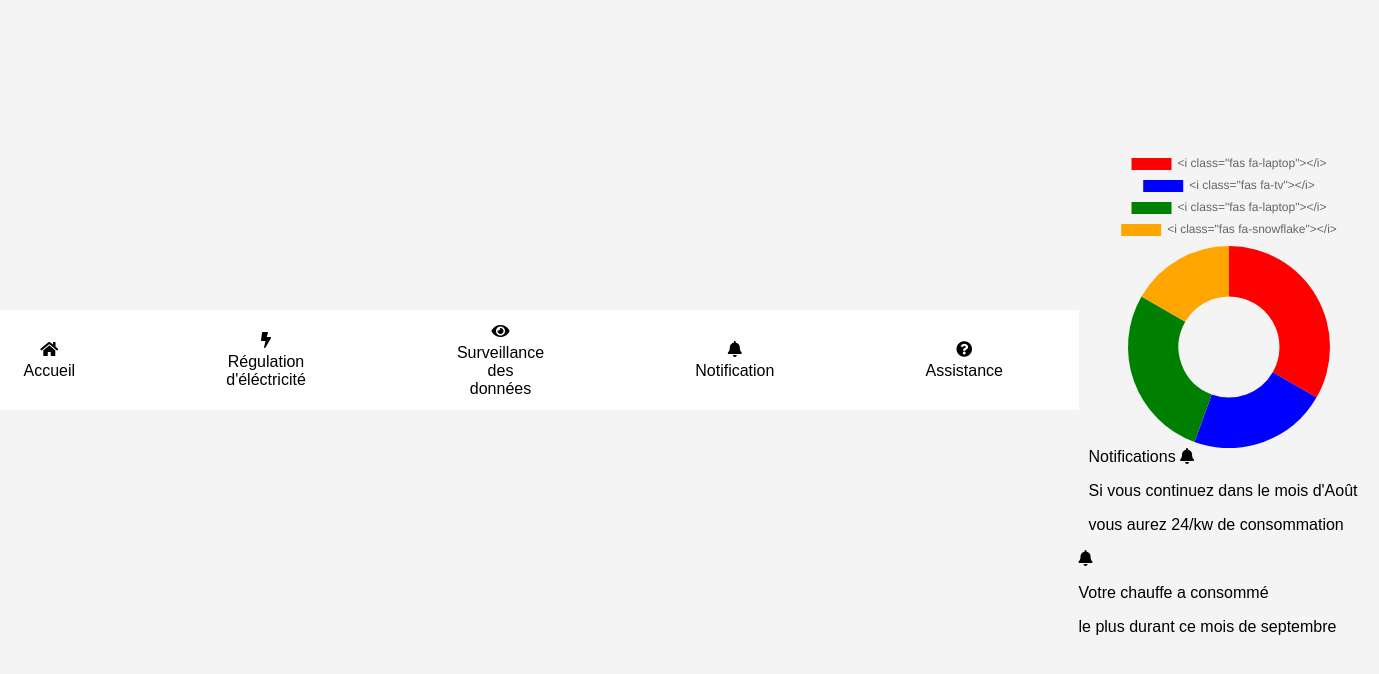
Repository: hamdia200/OSC-Ecowiz
Page: http://localhost/accueil
An editor plug-in stored every save of this project. The page is shown before and after the next save, followed by the edit.
The browser window is 1280 px wide. The page is 1379 px wide, so the pictures cover 1379 px, including what lies to the right of the window. The pictures show the whole page.
The page is served by the project's Laravel application, run on PHP 8.4 with Laravel 10. Other server files are loaded and not shown.

Above is the page before, as saved 2023-08-18 13:42:37.

### routes/web.php
<?php

use Illuminate\Support\Facades\Route;

/*
|--------------------------------------------------------------------------
| Web Routes
|--------------------------------------------------------------------------
|
| Here is where you can register web routes for your application. These
| routes are loaded by the RouteServiceProvider and all of them will
| be assigned to the "web" middleware group. Make something great!
|
*/

Route::get('/', function () {
    return view('welcome');
});

Route::get('/centrale', function () {
    return view('centrale');
});
Route::get('/accueil', function () {
    return view('accueil');
});
Route::get('/inscription', function () {
    return view('inscription');
});
Route::get('/login', function () {
    return view('login');
});
Route::get('/regulation', function () {
    return view('regulation');
});

### resources/views/accueil.blade.php
@extends ("menu")
@section('content')
<div class="container">
<meta charset="UTF-8">
    <meta name="viewport" content="width=device-width, initial-scale=1.0">
    <link rel="stylesheet" href="https://cdnjs.cloudflare.com/ajax/libs/font-awesome/5.15.3/css/all.min.css">
    <script src="https://cdn.jsdelivr.net/npm/chart.js"></script>
    <title>Accueil</title>
    <style>
        body {
            font-family: Arial, sans-serif;
            margin: 0;
            padding: 0;
            background-color: #f4f4f4;
            display: flex;
            justify-content: center;
            align-items: center;
            min-height: 100vh;
        }

        .content{
            margin-top: 5rem;
            height: auto;
            float: left;
        }
        .notification-container {
            width: 100%;
            text-align: center;
            margin-top: 20px;
        }



        .alert {
            display: inline-block;
            margin: 0 10px;
        }

    </style>
    <body>
                <div class="row">
                    <div class="col-md-6">
                        <div class="row">
                            <div class="col-xl-3">
                                <div class="content">
                                    <canvas id="myCustomChart"></canvas>
                                </div>

                            </div>

                        </div>

                    </div>

                    <div class="row">
                        <div class="col-xl-3">
                            <div class="notifications-container">
                                <div class="alert">Notifications
                                    <i class="fas fa-bell"></i>
                                    <p> Si vous continuez dans le mois d'Août </p> <p> vous aurez 24/kw de consommation </p>
                                </div>

                                <div class="notifications2">
                                    <i class="fas fa-bell"></i>
                                        <p> Votre chauffe a consommé </p> <p> le plus durant ce mois de septembre </p>
                                <div>

                            </div>
                        </div>
                    </div>
                </div>


                <script>
                    var ctx = document.getElementById('myCustomChart').getContext('2d');
                    var data = {
                        labels: ['<i class="fas fa-laptop"></i>', '<i class="fas fa-tv"></i>', '<i class="fas fa-laptop"></i>', '<i class="fas fa-snowflake"></i>'],
                        datasets: [{
                            data: [30, 20, 25, 15],
                            backgroundColor: [
                                'red',
                                'blue',
                                'green',
                                'orange'
                            ],
                                // hoverBackgroundColor: [
                                // 'url(chemin_vers_image_appareil_1)',
                                // 'url(chemin_vers_image_appareil_2)',
                                // 'url(chemin_vers_image_appareil_3)',
                                // 'url(chemin_vers_image_appareil_4)'
                                // ],
                                borderWidth: 0,
                                hoverBorderWidth: 0
                        }],
                    };

                    var options = {
                        responsive: true,
                        maintainAspectRatio: false,

                    };

                    var myChart = new Chart(ctx, {
                        type: 'doughnut',
                        data: data,
                        options: options,
                    });
                </script>
        </div>
    </body>

    </html>
</div>
@endsection

### resources/views/menu.blade.php
<!DOCTYPE html>
<html>
    <head>
        <meta charset="UTF-8">
        <meta name="viewport" content="width=device-width, initial-scale=1.0">
        <link rel="stylesheet" href="{{asset('bootstrap-5/css/bootstrap.min.css')}}">
        <link rel="stylesheet" href="{{asset('icofont/icofont.min.css')}}">
        <link rel="stylesheet" href="https://cdnjs.cloudflare.com/ajax/libs/font-awesome/5.15.3/css/all.min.css">

        <title>menu</title>
        <style>
        .menu-horizontal {
            list-style-type: none;
            display: flex;
            align-items: center; /* Aligne les éléments au centre horizontalement */
            padding: 0;
            margin: 0;
            border-left: 2px solid gray;
            border-top: none;
            background-color: white;
            height:100px;
        }

        .menu-horizontal li{
            margin: 0 2cm;
            padding: 0;
        }

        .menu-item {
            display: flex;
            flex-direction: column;
            align-items: center;
            justify-content: center;
            border-left: 2p;
        }

        .menu-icon {
            width: 50px;
            height: 50px;
        }

        .menu-text {
            font-size: 16px;
            margin-top: 5px;
            text-align: center;
        }
        .logo {
            padding-left: 20px;
            height: 35px;
        }
        </style>
    </head>

    <body>
        <header>
                <ul class="menu-horizontal fixed-top">
                    <div class="header">
                        <img src="{{asset('/image/ecow.png')}}" alt="" class="logo">
                    </div>
                    <li>
                        <span class="menu-item">
                            <!-- <img src="{{asset('image/elect.png') }}" alt="Icone 1" class="menu-icon"> -->
                            <i class="fas fa-home"></i><span class="menu-text">Accueil</span>
                        </span>
                    </li>
                    <li>
                        <span class="menu-item">
                            <!-- <img src="{{asset('image/donnee.png') }}" alt="Icone 1" class="menu-icon"> -->
                            <i class="fas fa-bolt"></i><span class="menu-text">Régulation d'éléctricité </span>
                        </span>
                    </li>

                    <li>
                        <span class="menu-item">
                            <!-- <img src="{{asset('image/donnee.png') }}" alt="Icone 1" class="menu-icon"> -->
                            <i class="fas fa-eye"></i><span class="menu-text">Surveillance des données </span>
                        </span>
                    </li>
                    <li>
                        <span class="menu-item">
                            <!-- <img src="{{asset('image/sup.png') }}" alt="Icone 1" class="menu-icon"> -->
                            <i class="fas fa-bell"></i><span class="menu-text">Notification</span>
                        </span>
                    </li>
                    <li>
                        <span class="menu-item">
                            <!-- <img src="{{asset('image/assist.png') }}" alt="Icone 1" class="menu-icon"> -->
                            <i class="fas fa-question-circle"></i><span class="menu-text">Assistance</span>
                        </span>
                    </li>
                </ul>

        </header>
        <div class="container">
                @yield('content')
        </div>

    </body>


</html>

After the next save:
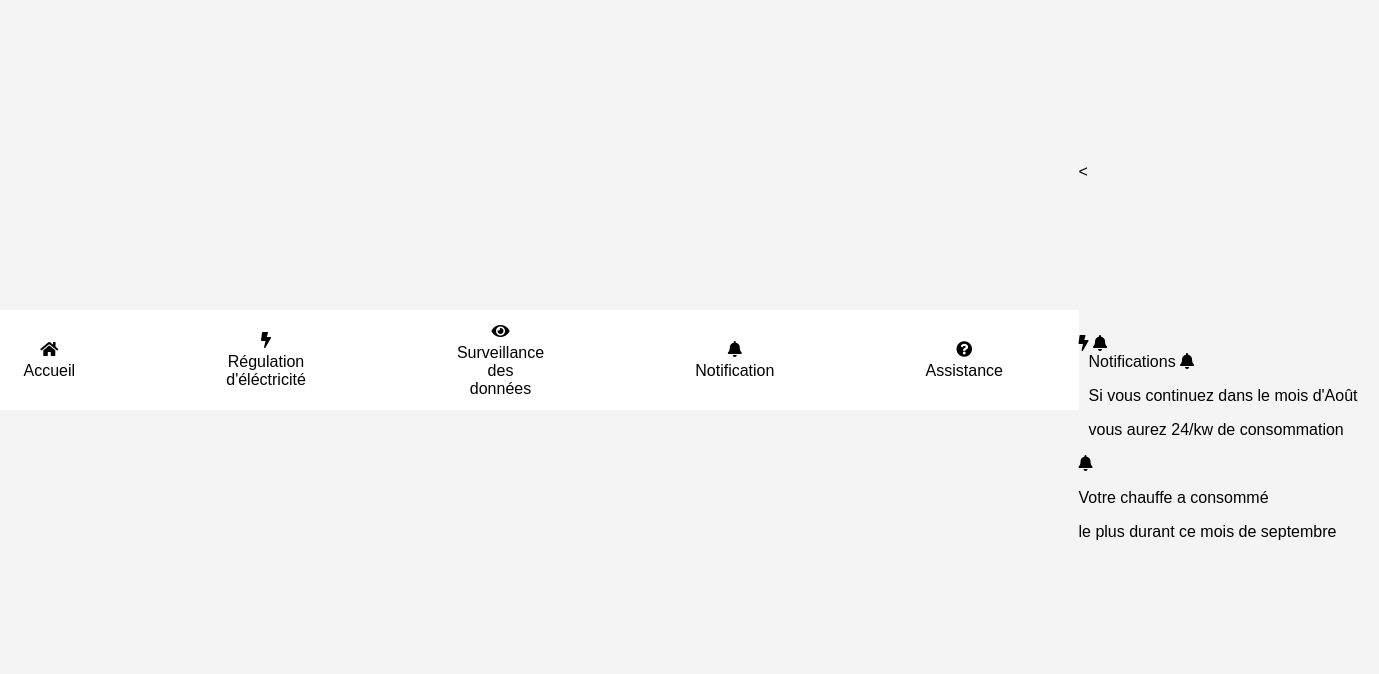
Console error: TypeError: Cannot read properties of null (reading 'getContext')
Saved 2 min 34 s later.
--- a/resources/views/accueil.blade.php
+++ b/resources/views/accueil.blade.php
@@ -42,9 +42,13 @@
                     <div class="col-md-6">
                         <div class="row">
                             <div class="col-xl-3">
-                                <div class="content">
-                                    <canvas id="myCustomChart"></canvas>
-                                </div>
+                                <<div class="circle-container">
+        <div class="chart-container">
+            <canvas id="myChart"></canvas>
+        </div>
+        <i class="fas fa-bolt icon-left"></i>
+        <i class="fas fa-bell icon-right"></i>
+    </div>
 
                             </div>
 
